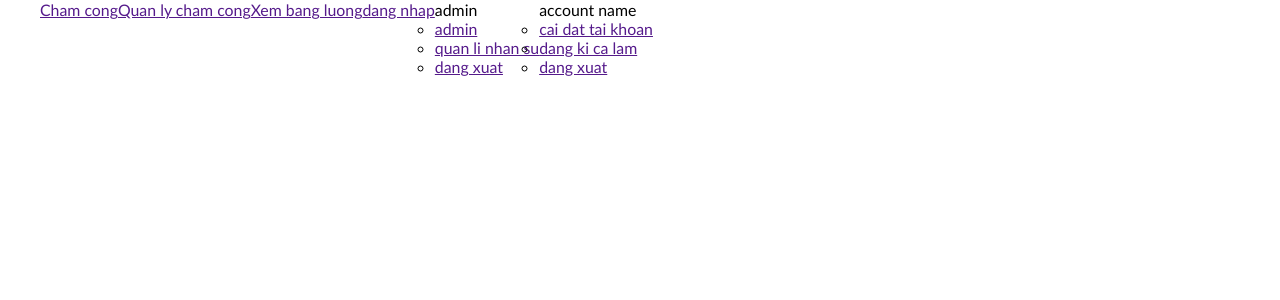
Repository: LDDUNG2003/a
Page: index.html
These files come from the project's save history. The page is drawn as it stood at one moment and after the next save; the edit follows.
The browser window is 1280 px wide. The pictures show the whole page.

Above is the page before, as saved 2023-10-13 23:32:16.

After the next save:
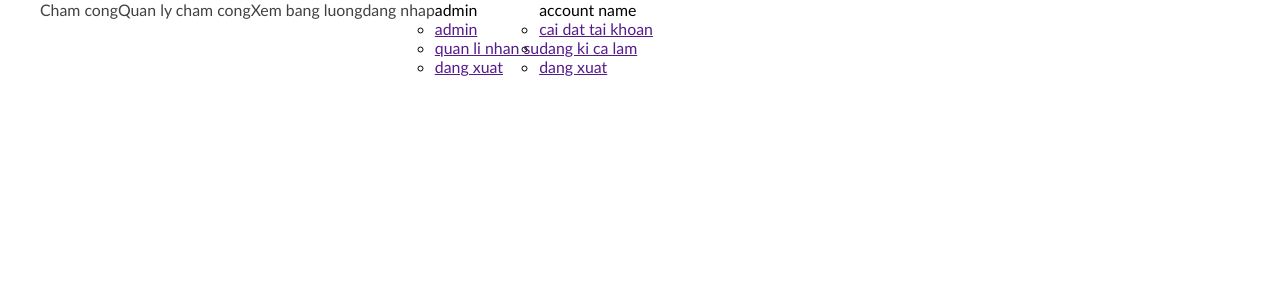
Saved 34 s later.
--- a/controlView/css/base.css
+++ b/controlView/css/base.css
@@ -35,7 +35,10 @@ body {
     font-size: 1.6rem;
 }
 
-.navbar--link {}
+.navbar--link {
+    color: var(--text-color);
+    text-decoration: none;
+}
 
 .account-list {}
 
